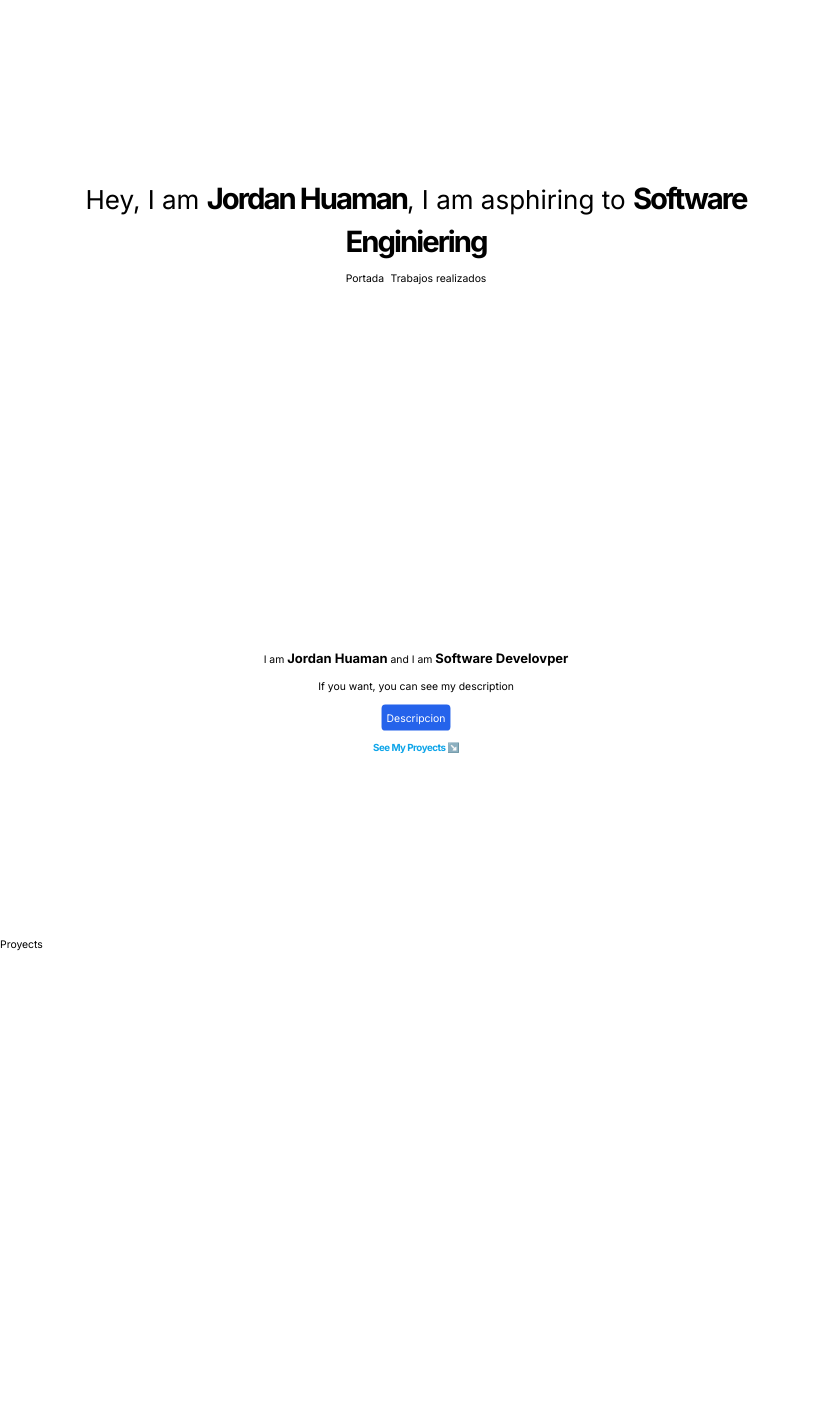
Repository: devsecops-node/portafolio-nextj-pages
Page: /
These files come from the project's save history. The page is drawn as it stood at one moment and after the next save; the edit follows.
The browser window is 1280 px wide. The pictures show the whole page, at 65% of full size.
The project was rebuilt for these pictures with package versions that can differ from the ones it lists, and the page was loaded fresh each time. The framework's server and built-in components were replaced by stand-ins that run in the browser. Also part of the build but not shown: next.config.js, src/components/Modal.jsx, src/styles/transitionPage.module.css.

Above is the page before, as saved 2024-01-15 04:27:34.

### src/app/page.js
"use client"
import Dashboard from '@/components/Dashboard'
import Transition from '@/components/Transition'
import Image from 'next/image'
import { useEffect, useState } from 'react'

export default function Home() {
  const [showAnimation, setShowAnimation] = useState(true)

  useEffect(() => {
    console.log('Ejecutando')
    setTimeout(() => {
      setShowAnimation(false)
    }, 2000)
  }, [])
  return (
    <main className='h-[100vh]'>
      {showAnimation ? <Transition /> : <Dashboard />}
    </main>
  )
}

### src/components/Dashboard.jsx
import React from 'react'
import stles from "@/styles/dashboard.module.css"
import Portada from './Portada'
import { useRef } from 'react'
import Proyects from './Proyects'

const Dashboard = () => {

  const scrollToPortada = () => {
    const portada = document.getElementById('portada')

    if (portada) {
      console.log('ejecutando id')
      portada.scrollIntoView({ behavior: 'smooth' })
    }
  }

  const scrollToProyects = () => {
    const portada = document.getElementById('proyects')

    if (portada) {
      console.log('ejecutando id')
      portada.scrollIntoView({ behavior: 'smooth' })
    }
  }

  return (
    <section className={stles.home_view}>
      <div className='h-screen flex justify-center items-center flex-col'>
        <div className={stles.home_view_principal}>
          <p className={stles.animar_text} id='detec'> Hey, I am <span className="animacion-bolder">Jordan
            Huaman</span>, I am asphiring to <span className={stles.detect}>Software Enginiering</span>
          </p>
        </div>
        <div className={stles.home_view_links}>
          <a onClick={scrollToPortada} className={stles.animar_abajo}>
            <p>Portada</p>
          </a>
          {/* <a href="" className={stles.animar_abajo}>
            <p>Bienvenida Introduccion</p>
          </a>
          <a href="" className={stles.animar_arriba}>
            <p>Tabla de contenido</p>
          </a><a href="" className={stles.animar_arriba}>
            <p>Informacion sobre mi</p>
          </a> */}
          <a  onClick={scrollToProyects} className={stles.animar_abajo}>
            <p>Trabajos realizados</p>
          </a>

        </div>
        <div>
        </div>
      </div>
      <div id='portada'>
        <Portada scrolProyects={scrollToProyects}/>
      </div>
      <div id='proyects'>
        <Proyects/>
      </div>
    </section>
  )
}

export default Dashboard

### src/components/Transition.jsx
import React from 'react'
import styles from "@/styles/transitionPage.module.css"

const Transition = () => {
  return (
    <div className={styles.home}>
      <main className=''>
        <p className={styles.text_1}>Jh</p>
        <p className={styles.text_2}>Jordan Huaman - Porfolio</p>
      </main>
      <footer>
        <p className={styles.text_3}>Software Engineerin - 2024</p>
      </footer>
    </div>
  )
}

export default Transition

### src/styles/dashboard.module.css
/* ? Home-view part */
.home_view {
  height: 100%;
}

.animar_text {
  animation: apper-2 2s;
  -webkit-animation: apper-2 2s;
}

.home_view_principal {
  width: 90%;
  margin: 0 auto;
}

.home_view_principal p {
  text-align: center;
  font-size: 40px;
}

.home_view_principal p span {
  font-size: 45px;
  letter-spacing: -3px;
  font-weight: bold;
}

.home_view_principal p span:hover .child {
  background-color: red;
}

@keyframes apper-2 {
  0% {
    opacity: 0;
    transform: translateY(-200px);
    -webkit-transform: translateY(-200px);
    -moz-transform: translateY(-200px);
    -ms-transform: translateY(-200px);
    -o-transform: translateY(-200px);
  }

  50% {
    opacity: 1;
    transform: translateY(-20px);
    -webkit-transform: translateY(-20px);
    -moz-transform: translateY(-20px);
    -ms-transform: translateY(-20px);
    -o-transform: translateY(-20px);
  }

  100% {
    opacity: 1;
    transform: translateY(0px);
    -webkit-transform: translateY(0px);
    -moz-transform: translateY(0px);
    -ms-transform: translateY(0px);
    -o-transform: translateY(0px);
  }
}

.home_view_links {
  display: flex;
  padding: 10px;
  justify-content: space-between;
  gap: 10px;
}

/* Line aniamtion */
.line-animation {
  display: inline;
  cursor: pointer;
  position: relative;
  /* padding: 5px; */
}

.line-animation::after {
  /* margin-top: 10px; */
  content: "";
  position: absolute;
  width: 100%;
  height: 3px;
  top: auto;
  bottom: 14px;
  left: -4px;
  transform: scaleX(0);
  box-shadow: 0 5px 0 black;
  transform-origin: bottom right;
  transition: transform 0.5s ease-out;
}

.line-animation:hover:after {
  transform: scaleX(1);
  transform-origin: bottom left;
}

.animacion-bolder {
  animation: animar-bold 2s linear alternate slidein;
  -webkit-animation: animar-bold 2s linear alternate slidein;
}

.animar_arriba{
  animation: apper-arriba 2s;
  -webkit-animation: apper-arriba 2s;
}
.animar_abajo{
  cursor: pointer;
  animation: apper-abajo 2s;
  -webkit-animation: apper-abajo 2s;

}

@keyframes apper-arriba {
  0% {
    opacity: 0;
    transform: translateY(200px);
    -webkit-transform: translateY(200px);
    -moz-transform: translateY(200px);
    -ms-transform: translateY(200px);
    -o-transform: translateY(200px);
}

  50% {
    opacity: 1;
    transform: translateY(-20px);
    -webkit-transform: translateY(-20px);
    -moz-transform: translateY(-20px);
    -ms-transform: translateY(-20px);
    -o-transform: translateY(-20px);
  }

  100% {
    opacity: 1;
    transform: translateY(0px);
    -webkit-transform: translateY(0px);
    -moz-transform: translateY(0px);
    -ms-transform: translateY(0px);
    -o-transform: translateY(0px);
  }
}
@keyframes apper-abajo {
  0% {
    opacity: 0;
    transform: translateY(-200px);
    -webkit-transform: translateY(-200px);
    -moz-transform: translateY(-200px);
    -ms-transform: translateY(-200px);
    -o-transform: translateY(-200px);
}

  50% {
    opacity: 1;
    transform: translateY(-20px);
    -webkit-transform: translateY(-20px);
    -moz-transform: translateY(-20px);
    -ms-transform: translateY(-20px);
    -o-transform: translateY(-20px);
  }

  100% {
    opacity: 1;
    transform: translateY(0px);
    -webkit-transform: translateY(0px);
    -moz-transform: translateY(0px);
    -ms-transform: translateY(0px);
    -o-transform: translateY(0px);
  }
}

@keyframes animar-bold {
  0% {
    opacity: 0;
  }

  100% {
    opacity: 1;
  }
}

### src/components/Portada.jsx
import React, { useState } from 'react'
import Modal from './Modal'

const Portada = ({ scrolProyects }) => {
  const [modal, setModal] = useState(false)
  const showModal = () => {
    setModal(true)
  }
  const closeModal = () => {
    setModal(false)
  }

  const srolPro = () => {
    scrolProyects()
  }

  return (
    <div className='h-screen flex justify-center items-center relative'>
      <section className='flex justify-center flex-col items-center gap-4'>
        <p>I am <span className='text-[20px] font-bold'>Jordan Huaman</span> and I am <span className='text-[20px] font-bold'>Software Develovper</span></p>
        <p>If you want, you can see my description</p>
        <button onClick={showModal} className='bg-blue-600 p-2 rounded-md text-white hover:scale-105 duration-150 ease-in-out'>Descripcion</button>
        {modal ? <Modal setModal={closeModal}  /> : <></>}
        <p className='text-sky-500 font-bold tracking-tighter text-[15px] transition-all duration-150 hover:scale-105 ease-in-out cursor-pointer' onClick={srolPro}>See My Proyects <span>↘️</span></p>
      </section>
    </div>
  )
}

export default Portada

### src/components/Proyects.jsx
import React from 'react'

const Proyects = () => {
  return (
    <div className='h-screen'>Proyects</div>
  )
}

export default Proyects

Loaded but not shown: src/app/layout.js (common file); src/app/globals.css (common file); tailwind.config.js (common file)

After the next save:
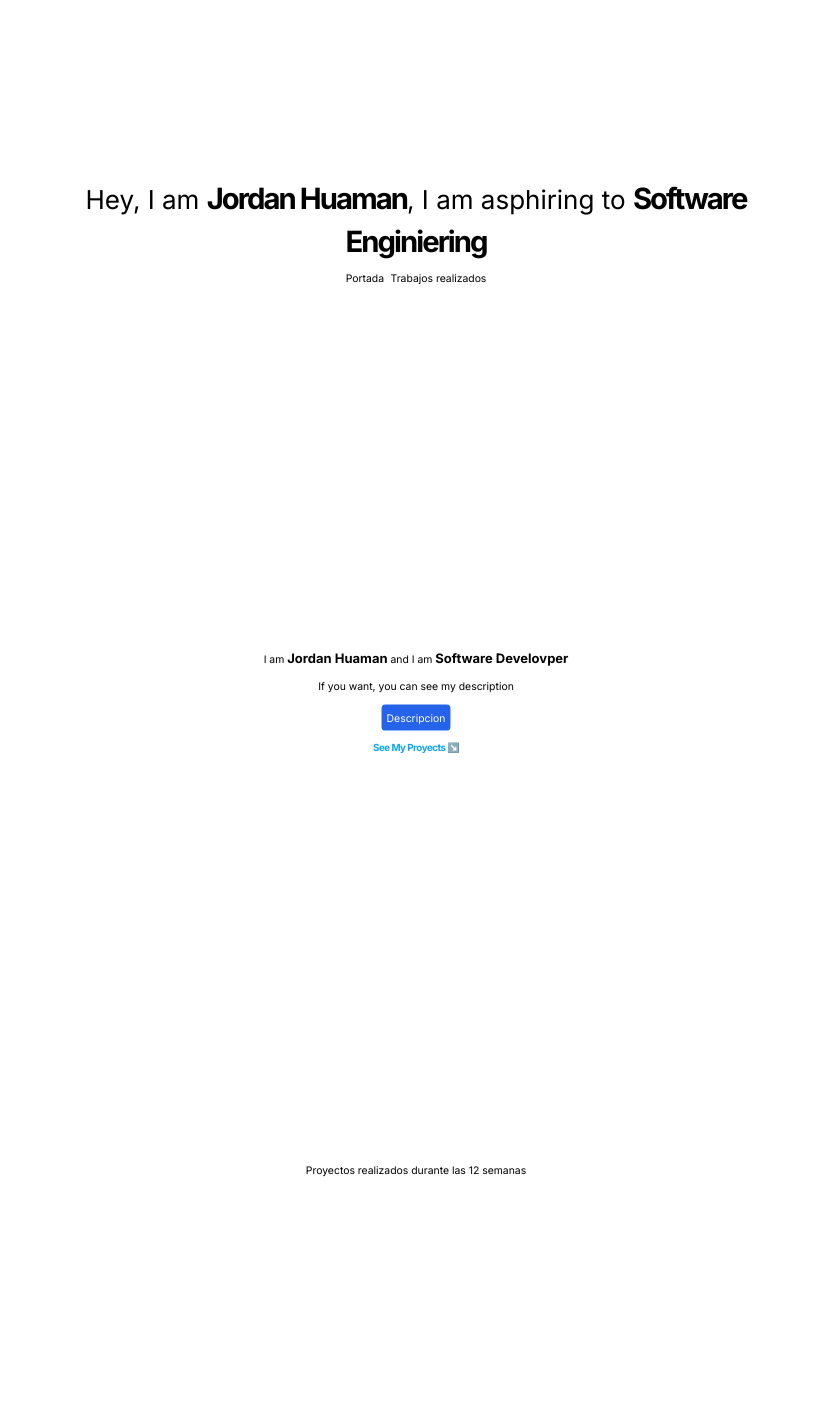
Saved 94 s later.
--- a/src/components/Proyects.jsx
+++ b/src/components/Proyects.jsx
@@ -2,7 +2,9 @@ import React from 'react'
 
 const Proyects = () => {
   return (
-    <div className='h-screen'>Proyects</div>
+    <div className='h-screen flex justify-center items-center'>
+      <p>Proyectos realizados durante las 12 semanas</p>
+    </div>
   )
 }
 
